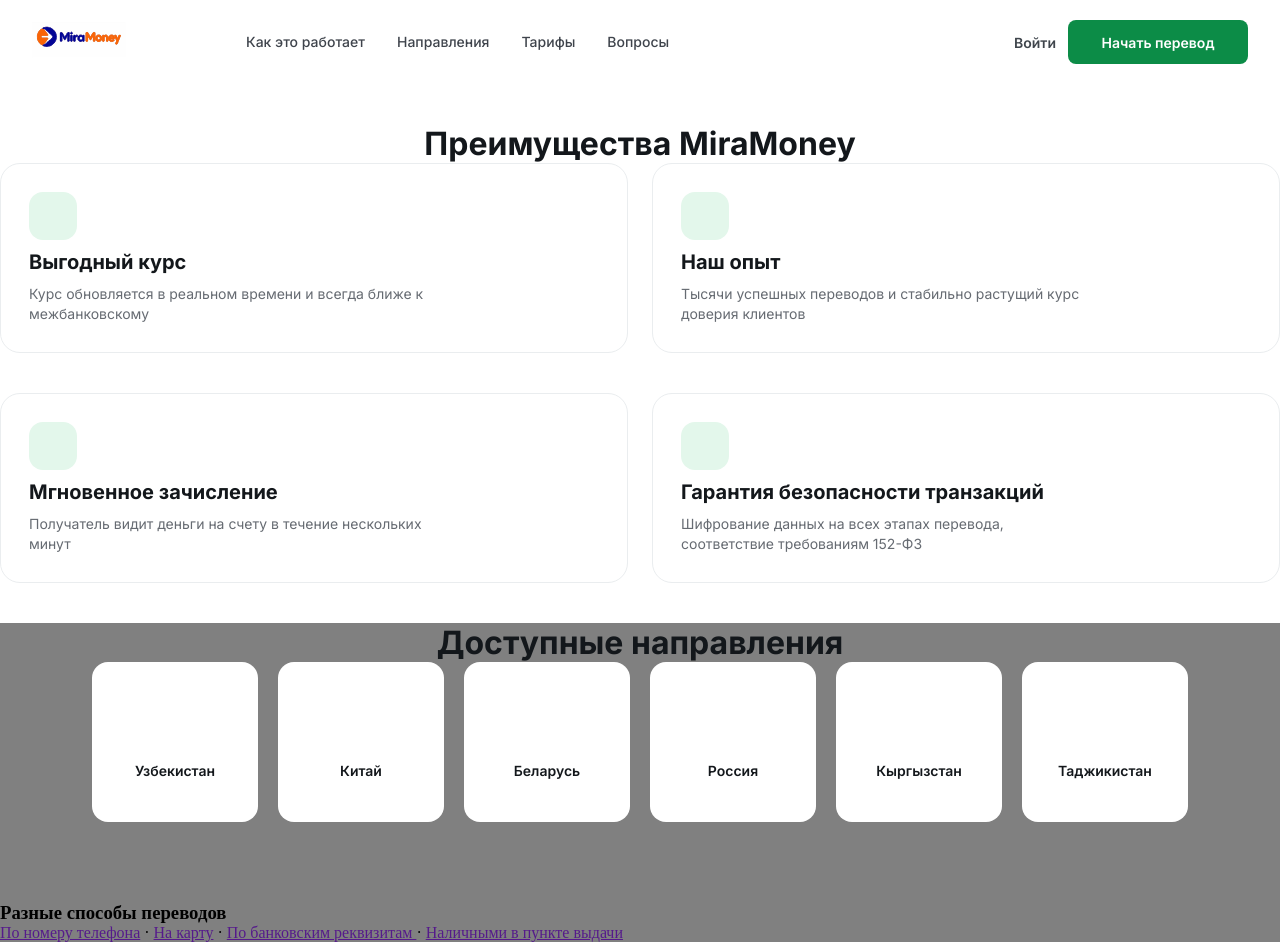
Repository: Shaiyr1/mira-money
Page: index.html
These files come from the project's save history. The page is drawn as it stood at one moment and after the next save; the edit follows.
The browser window is 1280 px wide. The pictures show the whole page.

Above is the page before, as saved 2026-10-20 16:54:33.

After the next save:
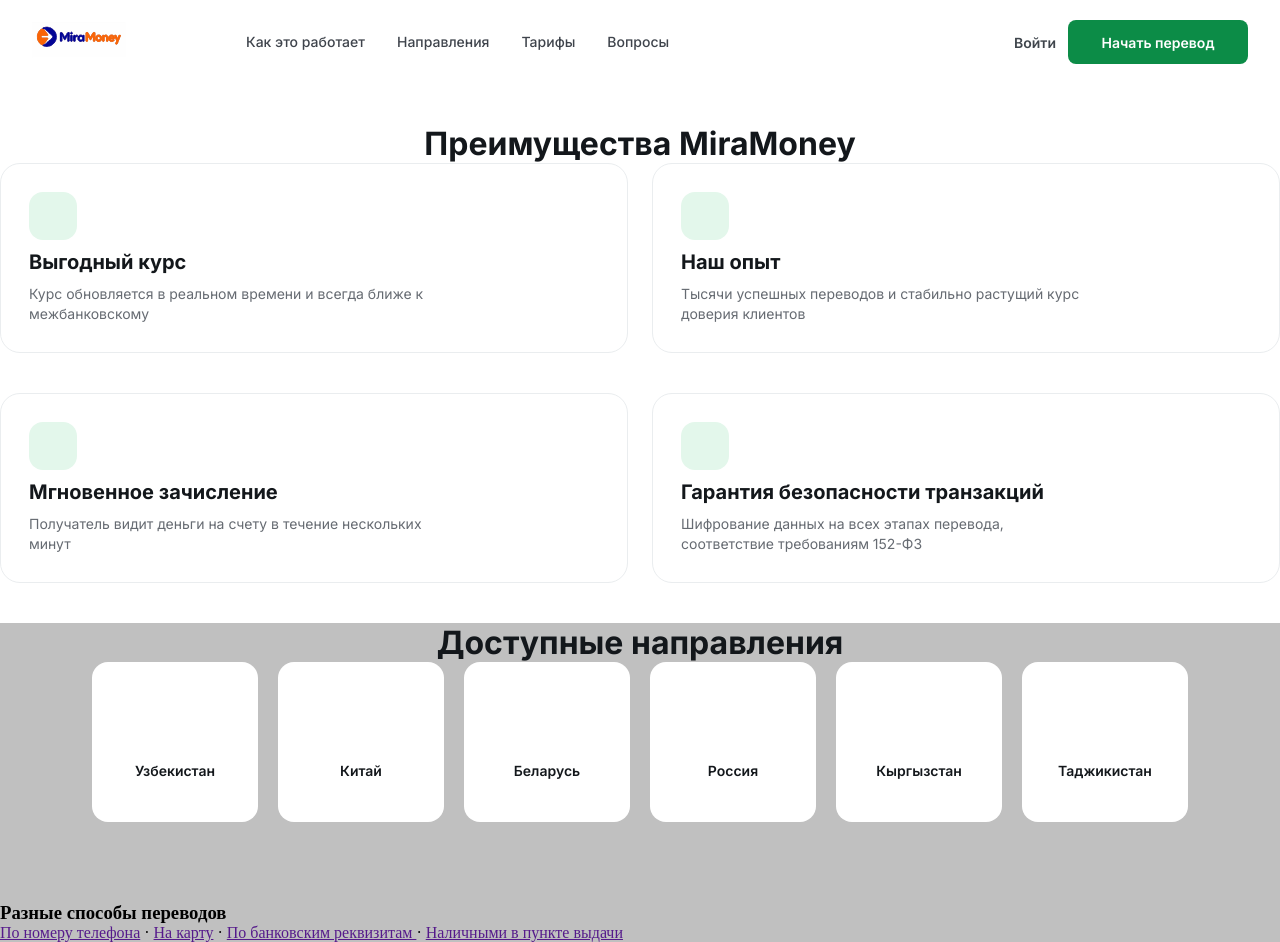
Saved 6 s later.
--- a/src/css/style.css
+++ b/src/css/style.css
@@ -149,7 +149,7 @@
 
 
 .description {
-    background-color: grey;
+    background-color: rgb(192, 192, 192);
 }
 
 .description__title {
